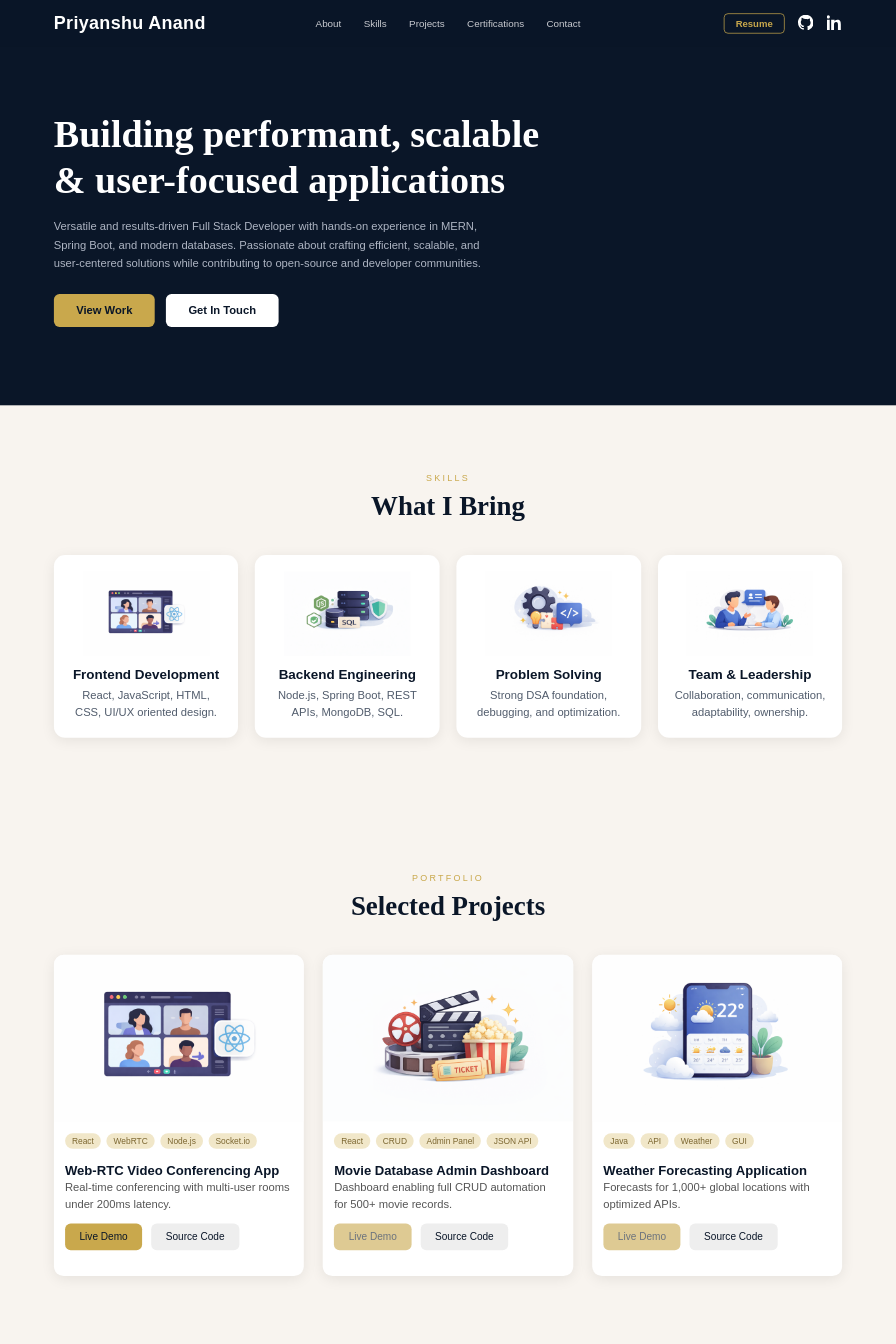
Repository: priyanshuanand12022/My-Portfolio
Page: /
The author's editor kept a copy of each file at every save. The page is drawn from the files as they stood at one save, then again after a run of saves.
The browser window is 1280 px wide. The pictures show the part of the page from y = 0 to 1920 px (the page is 3426 px tall before and 720 px after), at 70% of full size.
The project was rebuilt for these pictures with package versions that can differ from the ones it lists, and the page was loaded fresh each time. Also part of the build but not shown: vite.config.js.

Above is the page before, as saved 2026-02-28 22:30:42.

After the next 2 saves:
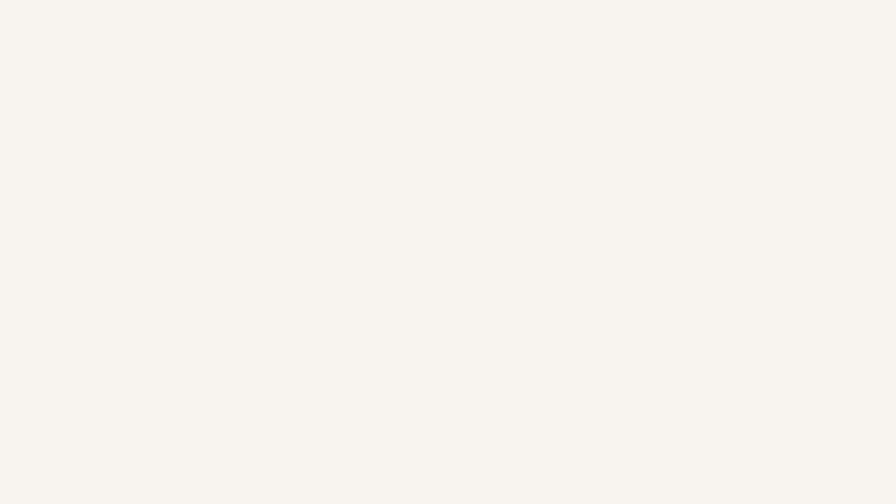
Console error: ReferenceError: frontend is not defined
The 2 saves are shown as one change because they came seconds apart.
The last was saved 17 min 40 s later.
--- a/src/Portfolio.jsx
+++ b/src/Portfolio.jsx
@@ -111,7 +111,7 @@
         <div className="skills-grid">
 
           <div className="skill-card">
-            <img src={webrtcImg} alt="Frontend" className="skill-img" />
+            <img src={frontend-dev.png} alt="Frontend" className="skill-img" />
             <h3>Frontend Development</h3>
             <p>React, JavaScript, HTML, CSS, UI/UX oriented design.</p>
           </div>

After the 4 saves that followed:
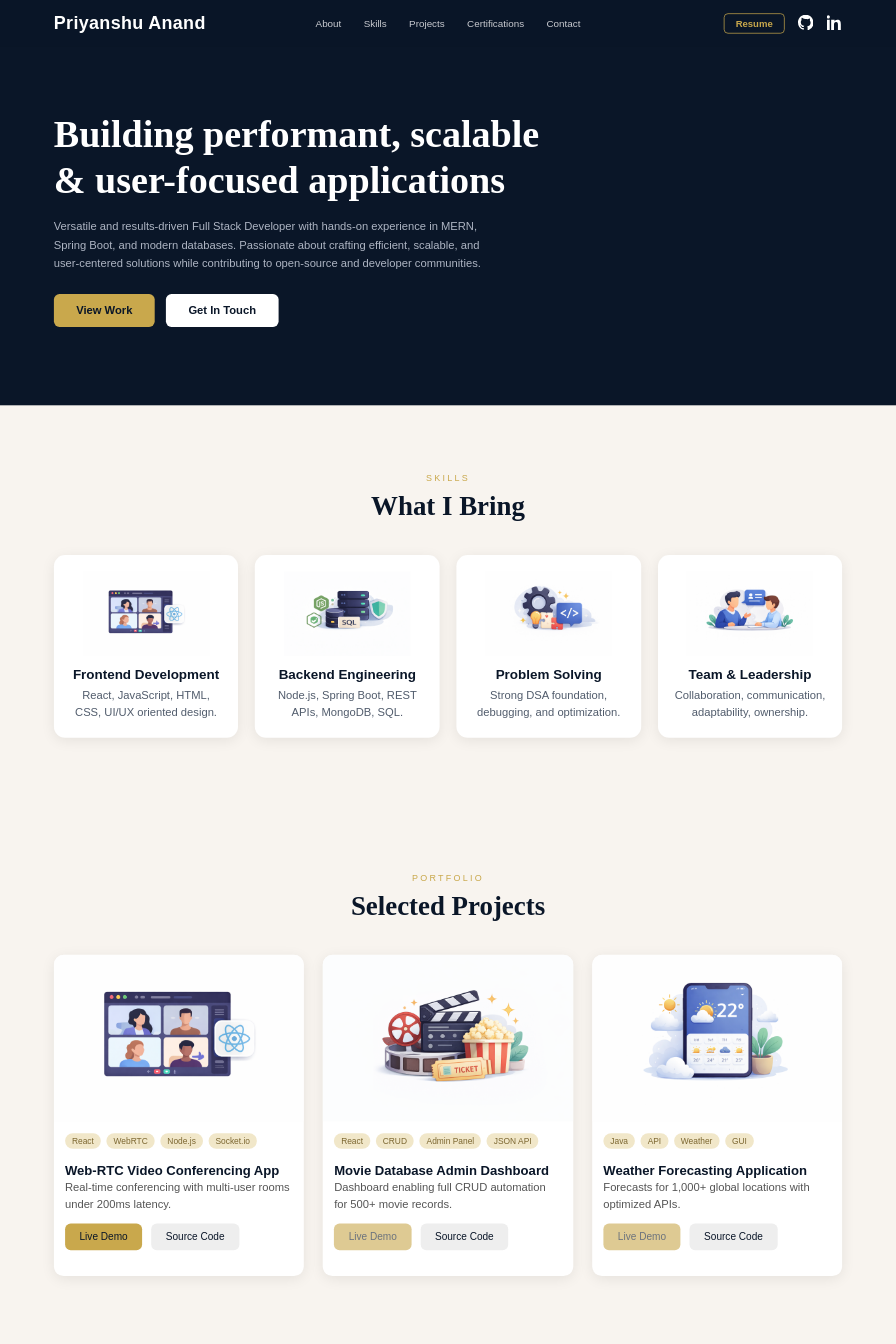
The error is gone.
The 4 saves are shown as one change because 1 did not build or start and 1 left the picture as it was and some came seconds apart.
The last was saved 26 s later.
--- a/src/Portfolio.jsx
+++ b/src/Portfolio.jsx
@@ -111,7 +111,7 @@
         <div className="skills-grid">
 
           <div className="skill-card">
-            <img src={frontend-dev.png} alt="Frontend" className="skill-img" />
+            <img src={webrtcImg} alt="Frontend" className="skill-img" />
             <h3>Frontend Development</h3>
             <p>React, JavaScript, HTML, CSS, UI/UX oriented design.</p>
           </div>
